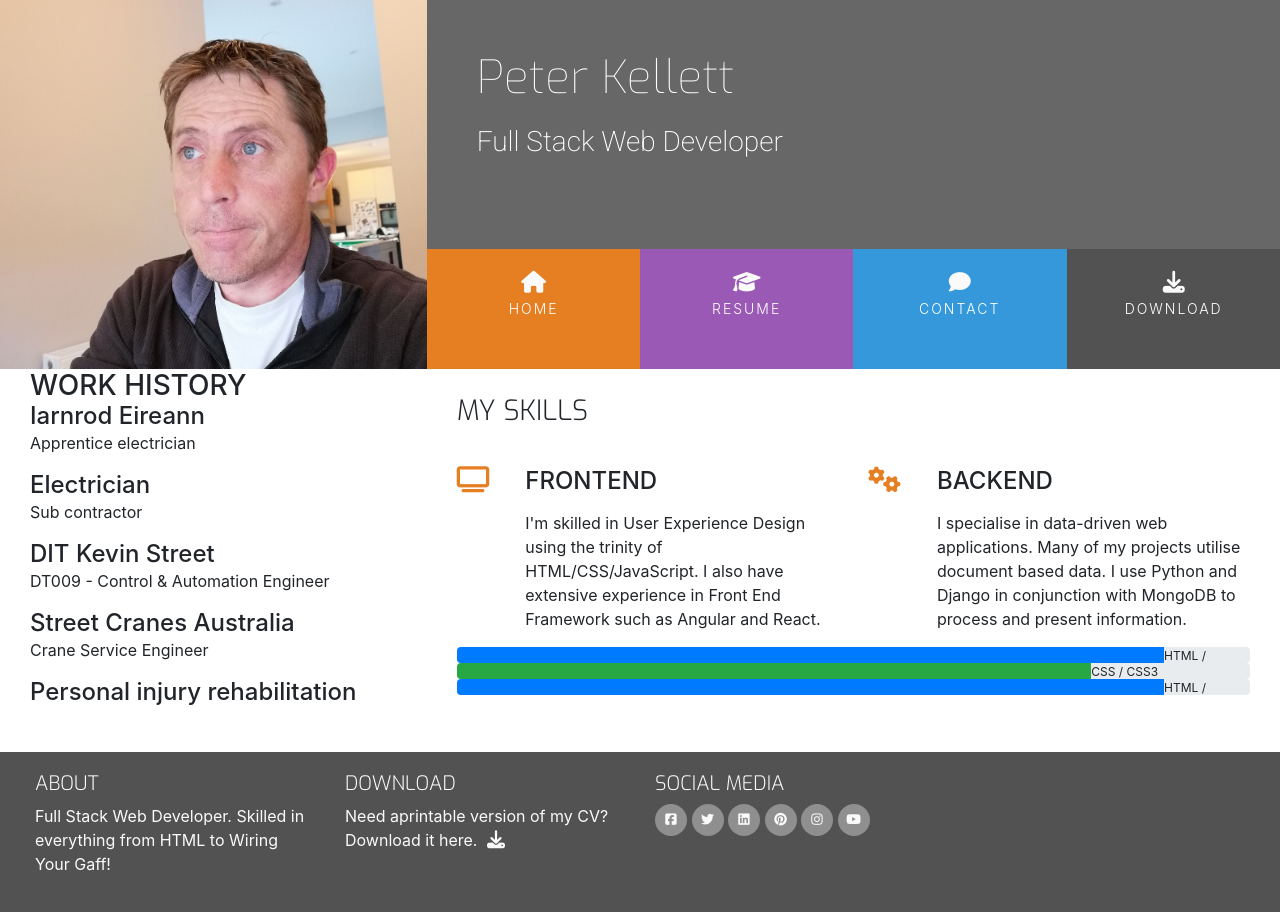
Repository: PeterKellett/resume-tutorial
Page: resume.html
The author's editor kept a record of every edit. The page is drawn from the files as they stood at one moment, then again after the next edit.
The browser window is 1280 px wide. The pictures show the whole page.
Some web libraries are served in a nearby version.

Above is the page before.

### resume.html
<!DOCTYPE html>
<html lang="en">

<head>
    <meta charset="UTF-8">
    <meta name="viewport" content="width=device-width, initial-scale=1.0">
    <meta http-equiv="X-UA-Compatible" content="ie=edge">
    <link rel="stylesheet" href="https://stackpath.bootstrapcdn.com/bootstrap/4.3.1/css/bootstrap.min.css" integrity="sha384-ggOyR0iXCbMQv3Xipma34MD+dH/1fQ784/j6cY/iJTQUOhcWr7x9JvoRxT2MZw1T" crossorigin="anonymous">
    <script src="https://kit.fontawesome.com/5522ae6586.js"></script>
    <link rel="stylesheet" href="https://cdnjs.cloudflare.com/ajax/libs/hover.css/2.3.1/css/hover-min.css" type="text/css" />
    <link rel="stylesheet" href="assets/css/style.css" type="text/css" />
    <title>CV Work History</title>
</head>
<!-------------------------------------------End </head>----------------------------------->

<!--------------------------------------=---Start <body>----------------------------------->

<body>
    <!--------------------------------------=---Start <header>----------------------------------->
    <header>
        <div class="row no-gutters">
            <a href="index.html" class="col-md-4 logo"></a>

            <div class="col-md-8">
                <div class="row no-gutters bg-color-name-title">
                    <div class="col heading">
                        <h1 class="name">Peter Kellett</h1>
                        <h2 class="title">Full Stack Web Developer</h2>
                    </div>
                </div>
                <div class="row no-gutters">
                    <div class="col">
                        <ul id="nav" class="list-inline menucontainer">
                            <li class="col-6 col-sm-3 ui-menu-color-home list-inline-item menuitem">
                                <a href="#" class="hvr-sweep-to-bottom"><i class="fas fa-home" aria-hidde="true"></i><span>Home</span></a>
                            </li>
                            <li class="col-6 col-sm-3 ui-menu-color-resume list-inline-item menuitem">
                                <a href="#" class="hvr-sweep-to-bottom"><i class="fas fa-graduation-cap" aria-hidde="true"></i><span>Resume</span></a>
                            </li>
                            <li class="col-6 col-sm-3 ui-menu-color-contact list-inline-item menuitem">
                                <a href="#" class="hvr-sweep-to-bottom"><i class="fas fa-comment" aria-hidde="true"></i><span>Contact</span></a>
                            </li>
                            <li class="col-6 col-sm-3 ui-menu-color-download list-inline-item menuitem">
                                <a href="#" class="hvr-sweep-to-bottom"><i class="fas fa-download" aria-hidde="true"></i><span>Download</span></a>
                            </li>
                        </ul>
                    </div>
                </div>
            </div>
        </div>
    </header>
    <!-------------------------------------------End </header>----------------------------------->

    <!--------------------------------------=---Start <section>----------------------------------->

    <section class="container-fluid">
        <div class="row">
            <div class="col-md-4 bg-color-work-history section-column">
                <div class="row">
                    <div class="col-12">
                        <h3 class="history-heading uppercase">
                            Work History</h3>
                    </div>
                </div>
                <div class="timeline-item" data-dates="09/1992 - 09/1996">
                    <h4>Iarnrod Eireann</h4>
                    <p>Apprentice electrician</p>
                </div>
                <div class="timeline-item" data-dates="09/1996 - 10/2009">
                    <h4>Electrician</h4>
                    <p>Sub contractor</p>
                </div>
                <div class="timeline-item" data-dates="10/2009 - 05/2011">
                    <h4>DIT Kevin Street</h4>
                    <p>DT009 - Control & Automation Engineer</p>
                </div>
                <div class="timeline-item" data-dates="05/2011 - 10/2011">
                    <h4>Street Cranes Australia</h4>
                    <p>Crane Service Engineer</p>
                </div>
                <div class="timeline-item" data-dates="10/2011 - ">
                    <h4>Personal injury rehabilitation</h4>
                    <p></p>
                </div>
            </div>
            <div class="col-md-8 bg-color-three-reasons section-column">
                <div class="row">
                    <div class="col">
                        <h3 class="section-heading uppercase">My Skills</h3>
                    </div>
                </div>
                <div class="row">
                    <div class="col-10 offset-1 offset-sm-0 col-sm-4 col-md-6">
                        <div class="row">
                            <div class="col-2"><i class="three-reasons-icon fas fa-tv" aria-hidden="true"></i>
                            </div>
                            <div class="col-10">
                                <h4 class="three-reasons-heading uppercase">Frontend</h4>
                                <p>
                                    I'm skilled in User Experience Design using the trinity of HTML/CSS/JavaScript. I also have extensive experience in Front End Framework such as Angular and React.
                                </p>
                            </div>
                        </div>
                    </div>
                    <div class="col-10 offset-1 offset-sm-0 col-sm-4 col-md-6">
                        <div class="row">
                            <div class="col-2"><i class="three-reasons-icon fas fa-cogs" aria-hidden="true"></i>
                            </div>
                            <div class="col-10">
                                <h4 class="three-reasons-heading uppercase">Backend</h4>
                                <p>
                                    I specialise in data-driven web applications. Many of my projects utilise document based data. I use Python and Django in conjunction with MongoDB to process and present information. </p>
                            </div>
                        </div>
                    </div>
                </div>
                <div class="row">
                    <div class="col">
                        <div class="progress">
                            <div class="progress-bar" role="progressbar" aria-valuenow="90" aria-valuemin="0" aria-valuemax="100" style="width:90%;">
                                <span class="sr-only">90% complete</span>
                            </div>
                            <span class="progress-type">HTML / HTML5</span>
                        </div>
                    </div>
                </div>
                <div class="row">
                    <div class="col">
                        <div class="progress">
                            <div class="progress-bar bg-success" role="progressbar" aria-valuenow="80" aria-valuemin="0" aria-valuemax="100" style="width:80%;">
                                <span class="sr-only">80% complete</span>
                            </div>
                            <span class="progress-type">CSS / CSS3</span>
                        </div>
                    </div>
                </div>
                <div class="row">
                    <div class="col">
                        <div class="progress">
                            <div class="progress-bar" role="progressbar" aria-valuenow="90" aria-valuemin="0" aria-valuemax="100" style="width:90%;">
                                <span class="sr-only">90% complete</span>
                            </div>
                            <span class="progress-type">HTML / HTML5</span>
                        </div>
                    </div>
                </div>
            </div>
        </div>
    </section>
    <!-------------------------------------------End </section>----------------------------------->


    <!--------------------------------------=---Start <footer>----------------------------------->

    <footer class="container-fluid">
        <div id="footer-details" class="row">
            <div class="col-sm-3">
                <h5 class="uppercase general-sub">About</h5>
                <p class="inline-block">
                    Full Stack Web Developer. Skilled in everything from HTML to Wiring Your Gaff!
                </p>
            </div>
            <div class="col-sm-3">
                <h5 class="uppercase general-sub">Download</h5>
                <p class="inline-block">Need aprintable version of my CV? Download it here.
                    <a href="#" target="_blank" class="cv-pdf">
                    <i class="fas fa-download" aria-hidden="true"></i>
                    <span class="sr-only">Download link.</span>
                </a>
                </p>
            </div>
            <div class="col-sm-3">
                <h5 class="uppercase general-sub">Social Media</h5>
                <ul class="list-inline social-links">
                    <li class="list-inline-item">
                        <a target="_blank" href="#">
                            <i Class="fab fa-facebook-square" aria-hidden="true"></i>
                            <span class="sr-only">Facebook</span>
                        </a>
                    </li>
                    <li class="list-inline-item">
                        <a target="_blank" href="#">
                            <i Class="fab fa-twitter" aria-hidden="true"></i>
                            <span class="sr-only">Twitter</span>
                        </a>
                    </li>
                    <li class="list-inline-item">
                        <a target="_blank" href="#">
                            <i Class="fab fa-linkedin" aria-hidden="true"></i>
                            <span class="sr-only">LinkedIn</span>
                        </a>
                    </li>
                    <li class="list-inline-item">
                        <a target="_blank" href="#">
                            <i Class="fab fa-pinterest" aria-hidden="true"></i>
                            <span class="sr-only">Pinterest</span>
                        </a>
                    </li>
                    <li class="list-inline-item">
                        <a target="_blank" href="#">
                            <i Class="fab fa-instagram" aria-hidden="true"></i>
                            <span class="sr-only">Instagram</span>
                        </a>
                    </li>
                    <li class="list-inline-item">
                        <a target="_blank" href="#">
                            <i Class="fab fa-youtube" aria-hidden="true"></i>
                            <span class="sr-only">YouTube</span>
                        </a>
                    </li>

                </ul>
            </div>
        </div>
    </footer>
    <!-------------------------------------------End </footer>----------------------------------->

</body>
<!-------------------------------------------End </body>----------------------------------->

</html>

### assets/css/style.css
@import url('https://fonts.googleapis.com/css?family=Roboto:100,200,300,400,500,600,700|Exo:100,200,300,400,500,600,700');

/*------------------------------Colors-------------------------*/

.bg-color-name-title {
    background: #676767;

}

.bg-color-three-reasons {
    background-color: #fff;
}

.bg-color-personal-info {
    background-color: #f4f4f4;
}

.ui-menu-color-home {
    background-color: #e67e22;
}

.ui-menu-color-resume {
    background-color: #9b59b6;
}

.ui-menu-color-contact {
    background-color: #3498db;
}

.ui-menu-color-download {
    background-color: #525252;
}

/*------------------------------Special Paddings/margins/text-------------------------*/

h1,
h2,
h3,
h4 {
    margin: 0;
}

.uppercase {
    text-transform: uppercase;
}

.general-sub {
    font-family: "exo", sans-serif;
    font-weight: 300;
    color: #fafafa;
}

.inline-block {
    display: inline-block;
}

.row-table {
    display: table;
}

.section-column {
    display: table-cell;
    padding: 0 30px 30px;
    float: none;
}

.section-heading {
    font-family: "Exo", sans-serif;
    font-weight: 300;
    margin-top: 25px;
    margin-bottom: 40px;
}

/*------------------------------Heading-------------------------*/

header {
    margin: 0;
}

.heading {
    margin-left: 50px;
}

.logo {
    background: url("../images/IMG_20190807_202109.jpg");
    background-position: center;
    background-repeat: no-repeat;
    background-size: cover;
    min-height: 360px;
    transition: all .5s ease-in-out;
    -moz-transition: all .5s ease-in-out;
    -webkit-transition: all .5s ease-in-out;
    -o-transition: all .5s ease-in-out;
}

.name {
    font-family: "Exo", sans-serif;
    font-weight: 100;
    font-size: 46px;
    margin-top: 50px;
    color: #fff;
}

.title {
    font-family: "Roboto", sans-serif;
    font-weight: 200;
    font-size: 28px;
    margin-top: 20px;
    margin-bottom: 90px;
    color: #fff;
}

.list-inline-item:not(:last-child) {
    margin: 0;
}

.menucontainer {
    font-size: 0;
}

#nav {
    margin: 0;
}

#nav li {
    font-size: 14px;
    padding: 0;
}

.menuitem {
    height: 120px;
    text-align: center;
    padding: 0;
}

.menuitem a {
    width: 100%;
    text-decoration: none;
    color: #fff;
    height: 120px;
}

.menuitem a i {
    padding-top: 22px;
    display: block;
    color: #fafafa;
    font-size: 22px;
}

.menuitem span {
    display: block;
    width: 100%;
    padding-top: 5px;
    text-align: center;
    text-transform: uppercase;
    font-size: 14px;
    font-weight: 300;
    letter-spacing: 2px;
}

/*------------------------------Hover.css-------------------------*/

.hvr-sweep-to-bottom:before {
    background: rgba(0, 0, 0, 0.2);
    height: 120px;
}

/*------------------------------Footer-------------------------*/

footer {
    background-color: #525252;
    color: #fafafa;
    min-height: 120px;
    margin: 0;
}

.cv-pdf i {
    font-size: 18px;
    color: #fafafa;
    text-align: center;
    padding-left: 5px;
    transition: all 0.35s ease-in-out;
    -moz-transition: all 0.35s ease-in-out;
    -webkit-transition: all 0.35s ease-in-out;
    -o-transition: all 0.35s ease-in-out;
}

.cv-pdf i:hover {
    color: #e84610;
}

.social-links {
    padding-bottom: 15px;
}

.social-links li a i {
    width: 32px;
    height: 32px;
    padding: 12px 0;
    border-radius: 50%;
    font-size: 13px;
    line-height: 7px;
    text-align: center;
    color: #fafafa;
    background: #8f8f8f;
    transition: all 0.35s ease-in-out;
    -moz-transition: all 0.35s ease-in-out;
    -webkit-transition: all 0.35s ease-in-out;
    -o-transition: all 0.35s ease-in-out;
}

.social-links li a i:hover {
    background: #e84610;
}

#footer-details {
    padding: 20px;
}

/*------------------------------Three reasons-------------------------*/

.three-reasons-icon {
    font-size: 26px;
    color: #e67e22;
}

.three-reasons-heading {
    margin-bottom: 15px;

}

/*------------------------------Personal Info-------------------------*/

.personal-info-item {
    margin-bottom: 20px;
    display: block;
    clear: both;
}

.personal-info-item .key,
.personal-info-item .value {
    padding-right: 8px;
    display: inline-block;
}

.personal-info-item .key p,
.personal-info-item .value p {
    margin: 0;
}

.personal-info-item .key {
    width: 30%;
    margin-right: 21px;
    padding-top: 2px;
    vertical-align: top;
}

.personal-info-item .key p {
    font-weight: 700;
}

.personal-info-item .value {
    position: relative;
    width: 60%;
}

After the next edit:
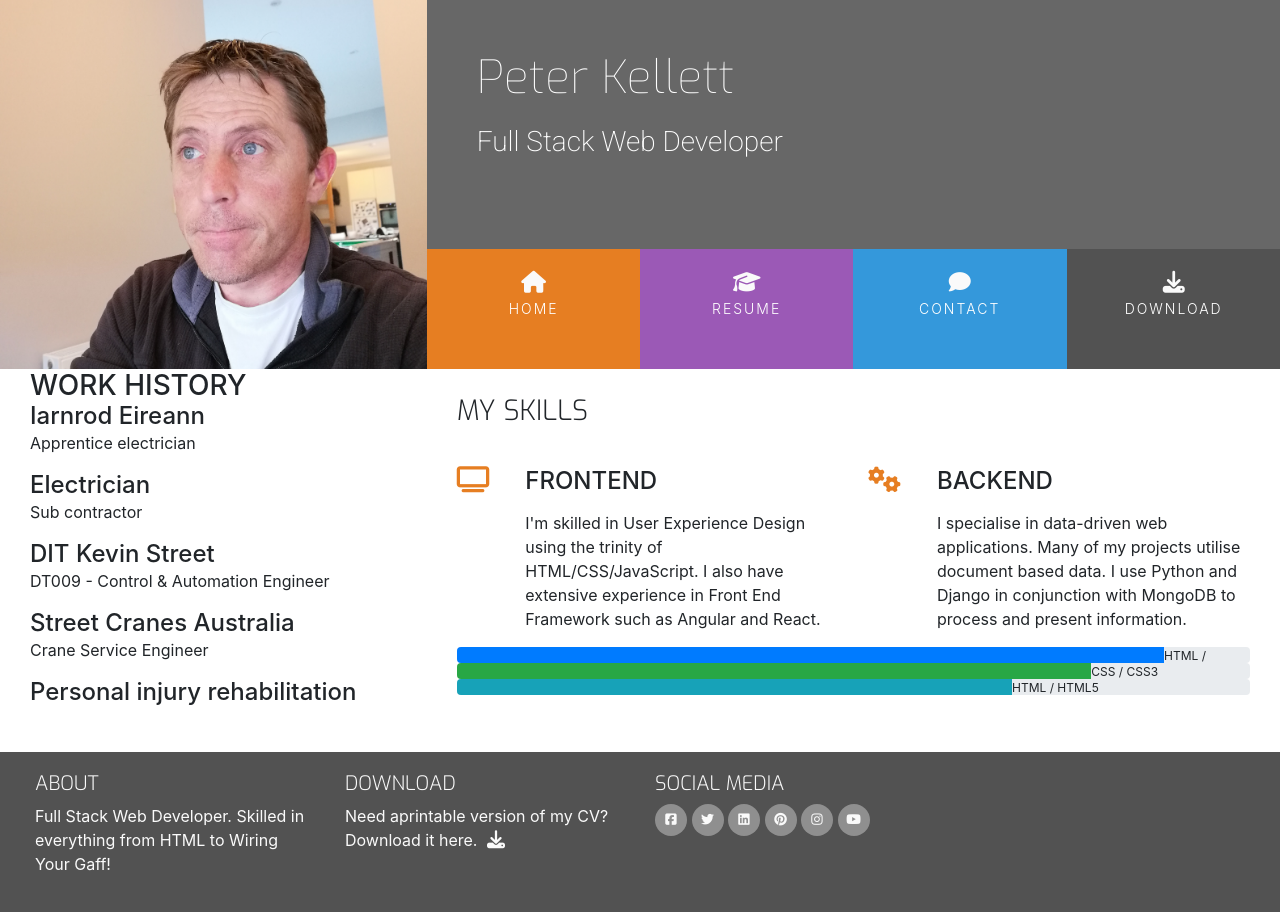
The edit:
--- a/resume.html
+++ b/resume.html
@@ -137,8 +137,8 @@
                 <div class="row">
                     <div class="col">
                         <div class="progress">
-                            <div class="progress-bar" role="progressbar" aria-valuenow="90" aria-valuemin="0" aria-valuemax="100" style="width:90%;">
-                                <span class="sr-only">90% complete</span>
+                            <div class="progress-bar bg-info" role="progressbar" aria-valuenow="70" aria-valuemin="0" aria-valuemax="100" style="width:70%;">
+                                <span class="sr-only">70% complete</span>
                             </div>
                             <span class="progress-type">HTML / HTML5</span>
                         </div>
